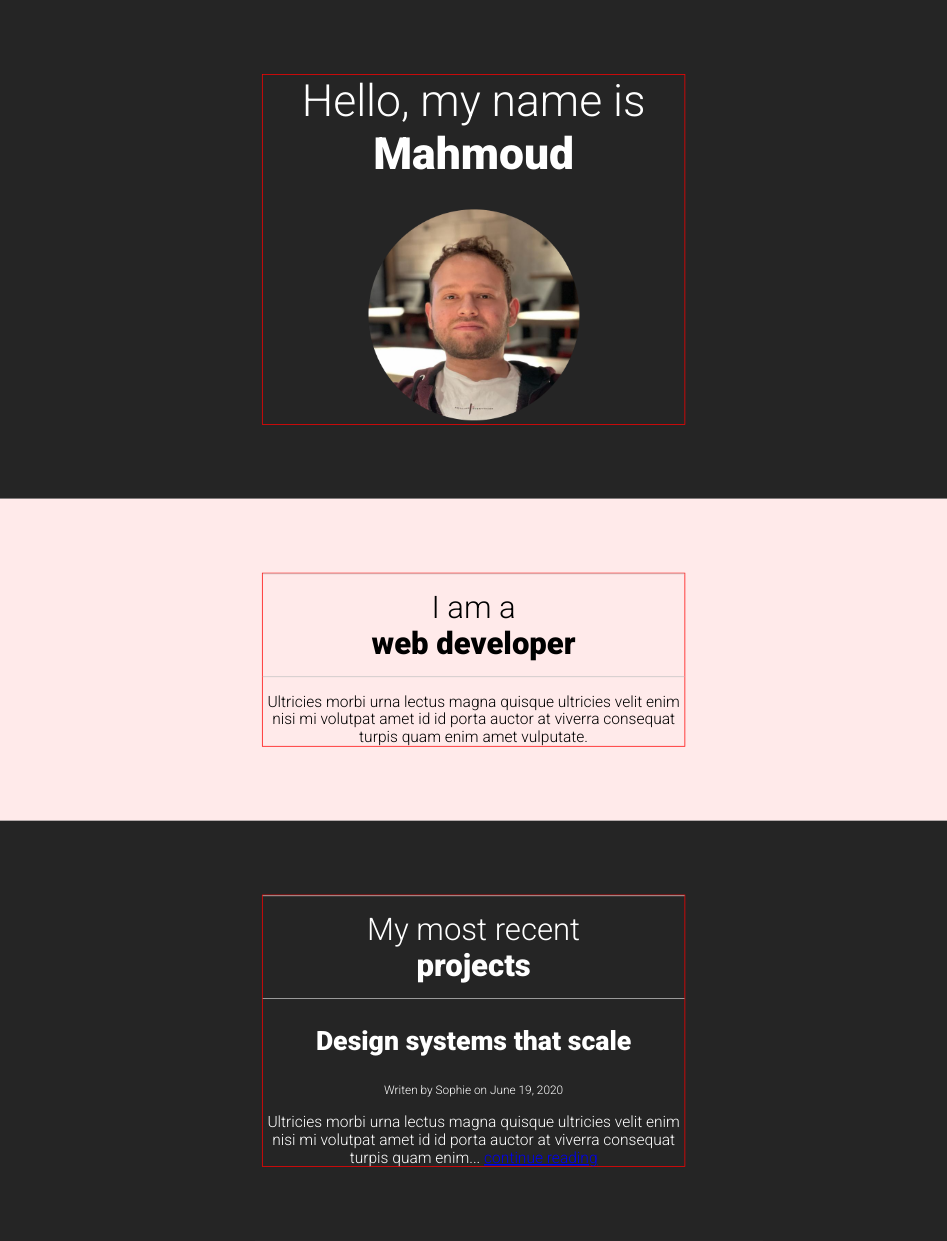
Repository: Doumham-Armah/portfolio
Page: index.html
These files come from the project's save history. The page is drawn as it stood at one moment and after the next save; the edit follows.
The browser window is 1280 px wide. The pictures show the whole page, at 74% of full size.

Above is the page before, as saved 2021-08-17 14:37:02.

### index.html
<!DOCTYPE html>
<html>
  <head>
    <title>HTML & CSS Fundamentals | Challenges</title>
    <link rel="preconnect" href="https://fonts.googleapis.com" />
    <link rel="preconnect" href="https://fonts.gstatic.com" crossorigin />
    <link
      href="https://fonts.googleapis.com/css2?family=Roboto:wght@300;900&display=swap"
      rel="stylesheet"
    />
    <link href="./style.css" rel="stylesheet" />
  </head>

  <body>
    <header class="inverse">
      <div class="container">
        <h1>Hello, my name is <span>Mahmoud</span></h1>
        <img
          class="my-photo"
          src="./images/circle-image.png"
          alt="image of me"
        />
      </div>
    </header>

    <section class="about-me">
      <div class="container">
        <h2>I am a <span>web developer</span></h2>
        <p>
          Ultricies morbi urna lectus magna quisque ultricies velit enim nisi mi
          volutpat amet id id porta auctor at viverra consequat turpis quam enim
          amet vulputate.
        </p>
      </div>
    </section>

    <section class="projects inverse">
      <div class="container">
        <h2>My most recent <span>projects</span></h2>
        <article>
          <h3>Design systems that scale</h3>
          <p class="small-text">Writen by Sophie on June 19, 2020</p>
          <p>
            Ultricies morbi urna lectus magna quisque ultricies velit enim nisi
            mi volutpat amet id id porta auctor at viverra consequat turpis quam
            enim... <a href="#">continue reading</a>
          </p>
        </article>
      </div>
    </section>
  </body>
</html>

### style.css
body {
  margin: 0;
  font-size: 1.3125rem;
}

h1,
h2 {
  font-weight: 300;
}

h1 {
  font-size: 3.75rem;
  margin-top: 0;
}

h2 {
  font-size: 2.625rem;
  margin-top: 0;
  border-top: solid 1px #c4c4c4;
  border-bottom: solid 1px #c4c4c4;

  padding: 20px 0;
  margin-bottom: 20px;
}

h3 {
  font-size: 2.25rem;
}

h1 span,
h2 span {
  font-weight: 900;
  display: block;
}

p {
  margin-bottom: 0;
}

header,
section {
  padding: 6.25rem 0;
}

.small-text {
  font-size: 16px;
}

.container {
  width: 570px;
  margin: 0 auto;
  border: 1px solid red;
  text-align: center;
  font-family: "Roboto", sans-serif;
}

.my-photo {
  max-width: 50%;
  height: auto;
  /* border: 5px solid white; */
}

.inverse {
  background-color: #252525;
  color: #fff;
}
.about-me {
  background-color: #ffeaea;
}

After the next save:
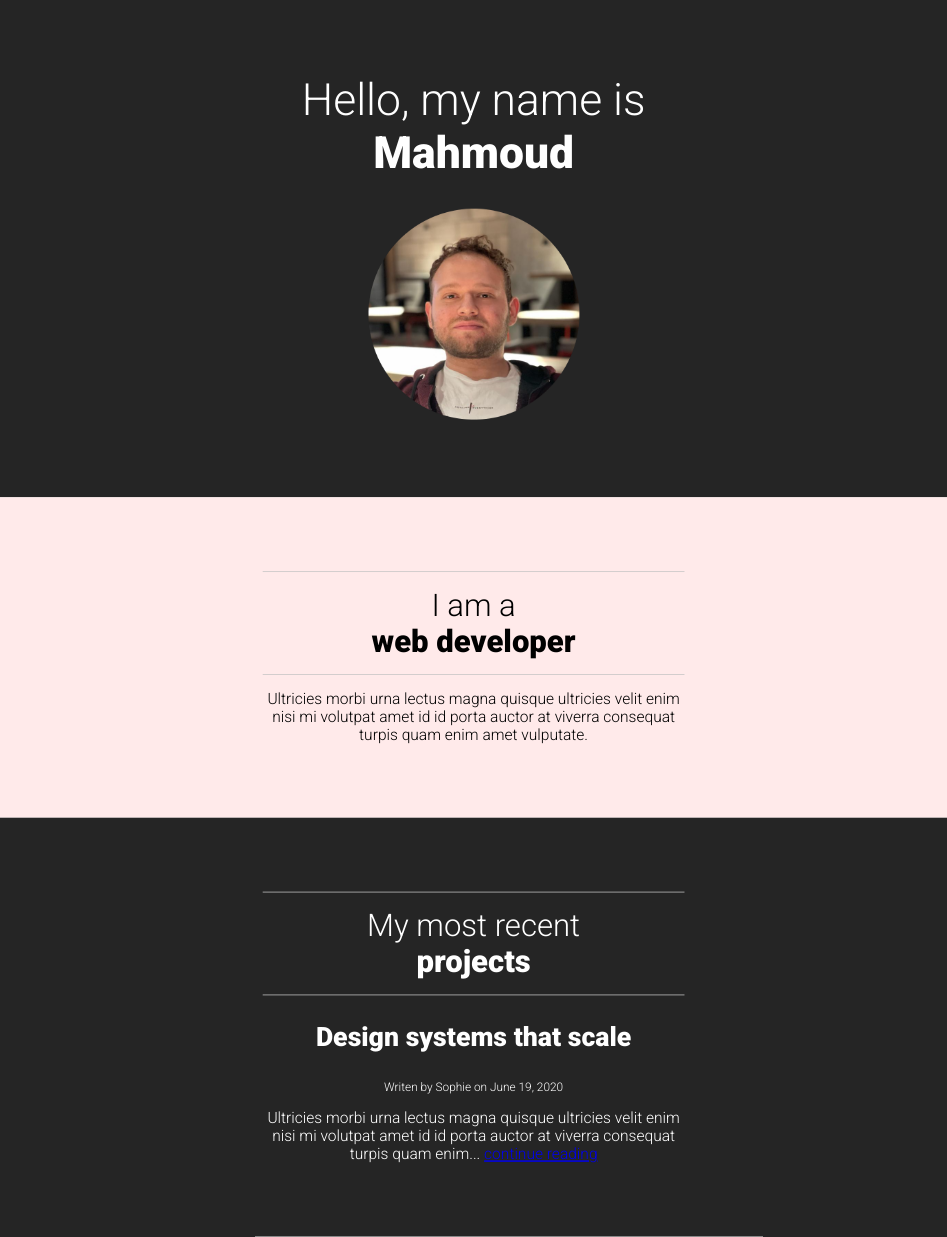
Saved 19 s later.
--- a/style.css
+++ b/style.css
@@ -49,7 +49,7 @@ section {
 .container {
   width: 570px;
   margin: 0 auto;
-  border: 1px solid red;
+  /* border: 1px solid red; */
   text-align: center;
   font-family: "Roboto", sans-serif;
 }
